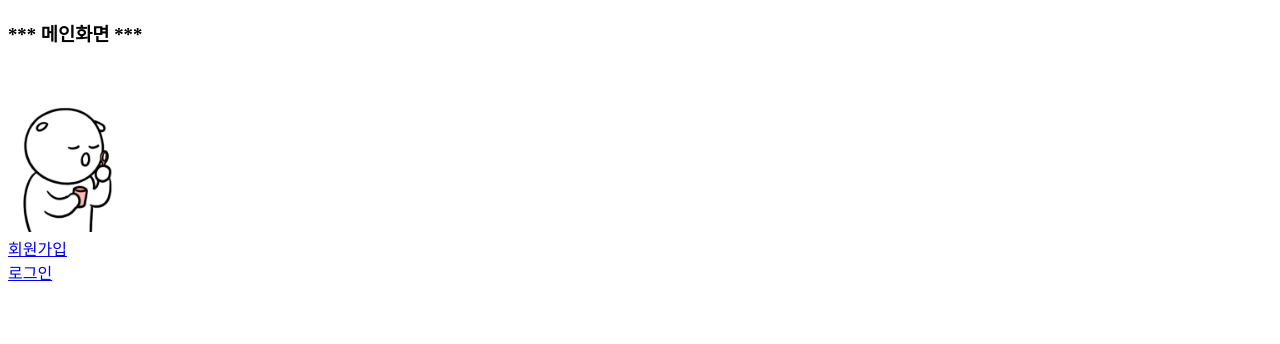
Repository: dahye1013/java-basic-learning
Page: http://localhost/memberJSP/main/index.jsp
The author's editor kept a copy of each file at every save. The page is drawn from the files as they stood at one save, then again after a run of saves.
The browser window is 1280 px wide. The pictures show the whole page.
The page is served by Tomcat 9.

Above is the page before, as saved 2020-06-10 03:39:02.

After the next 2 saves:
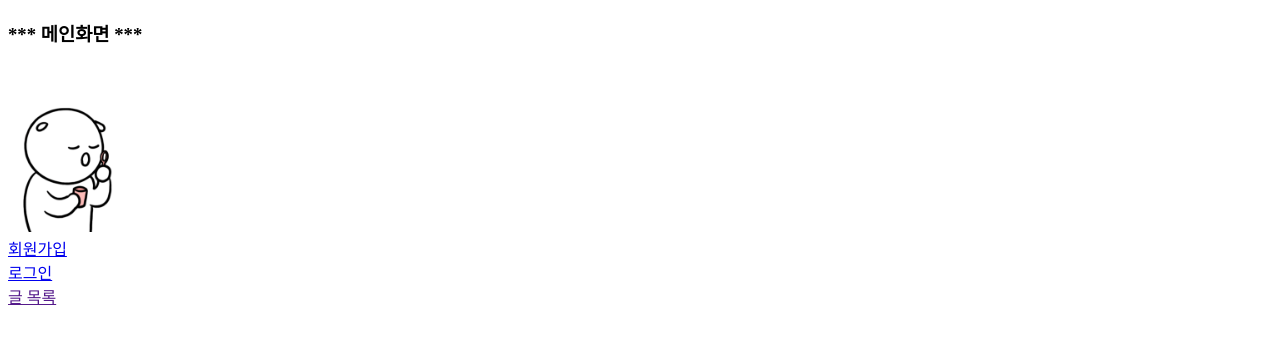
The 2 saves are shown as one change because they came seconds apart.
The last was saved 11 min 47 s later.
--- a/memberJSP/WebContent/main/index.jsp
+++ b/memberJSP/WebContent/main/index.jsp
@@ -13,12 +13,13 @@
 <img src="../image/mm.gif" width=150><br>
 <a href="http://localhost:8080/memberJSP/member/writeForm.jsp">회원가입</a><br>
 <a href="../member/loginForm.jsp">로그인</a><br>
+<a href="">글 목록</a><br>
 <% }else{%>
 <img src="../image/ff.gif" width=150><br>
 <a href="../member/modifyForm.jsp">회원정보 수정</a><br>
 <a href="../member/logout.jsp">로그아웃</a><br>
-<a href="../board/boardWriteForm.jsp">글쓰기</a><br>
-<a href="">목록</a><br>
+<a href="../board/boardWriteForm.jsp">글 쓰기</a><br>
+<a href="">글 목록</a><br>
 <% }%>
 
 
